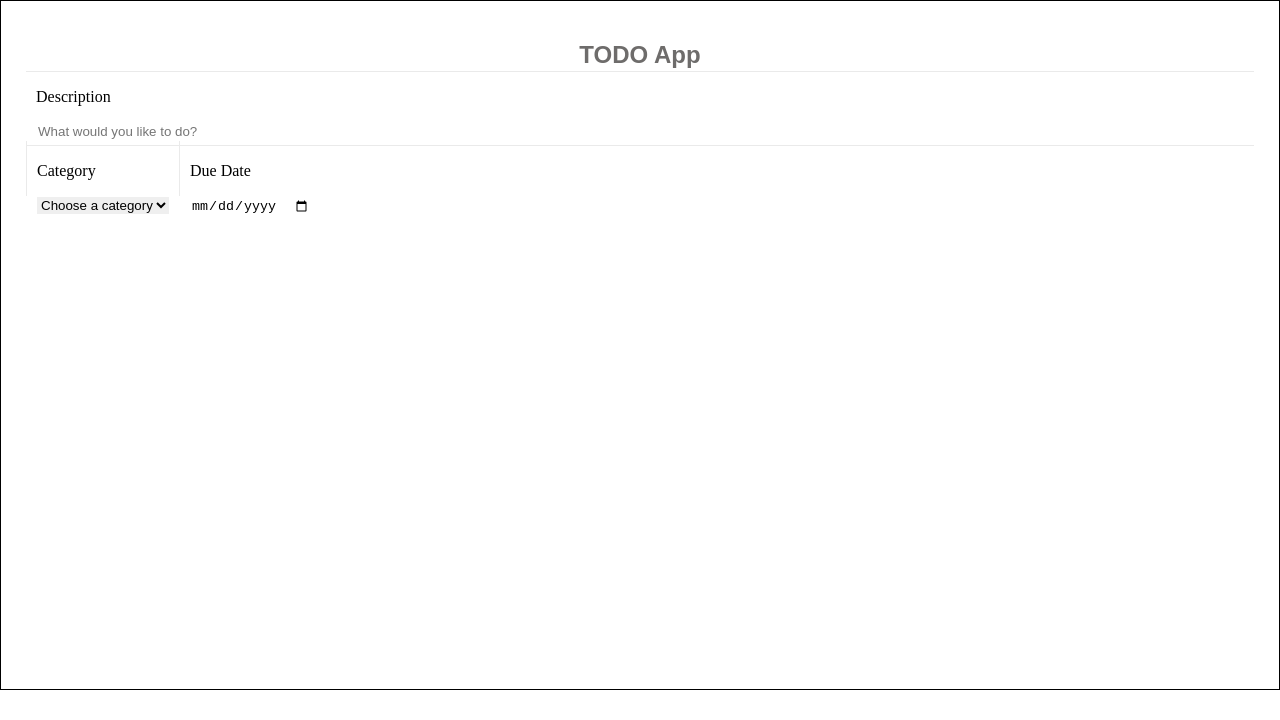
Repository: king-slayer97/TODO-App
Page: http://localhost/
These files come from the project's save history. The page is drawn as it stood at one moment and after the next save; the edit follows.
The browser window is 1280 px wide. The pictures show the whole page.
The page is served by the project's Node server (index.js).

Above is the page before, as saved 2022-08-15 17:21:17.

After the next save:
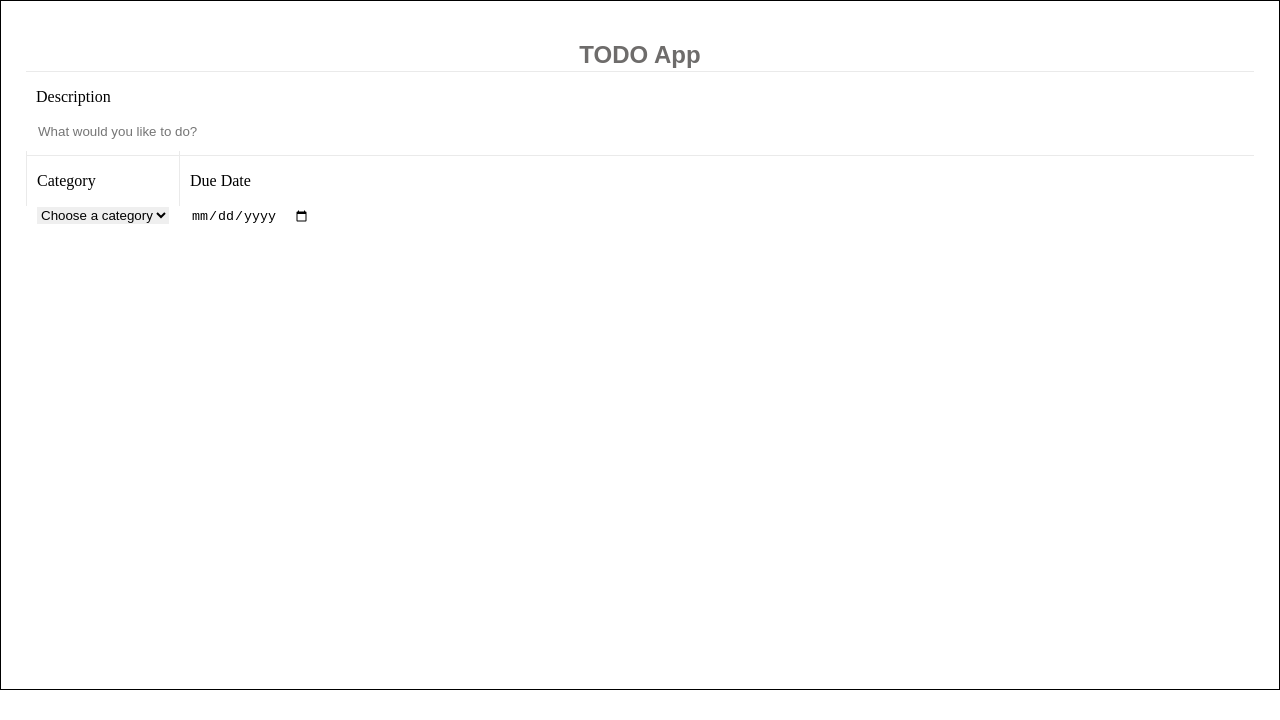
Saved 71 s later.
--- a/assets/css/home.css
+++ b/assets/css/home.css
@@ -30,7 +30,7 @@ body{
     justify-content: flex-start; */
     /* background-color: yellow; */
     padding:0px 10px;
-    padding-bottom: 5px;
+    padding-bottom: 15px;
 }
 
 .description p{
